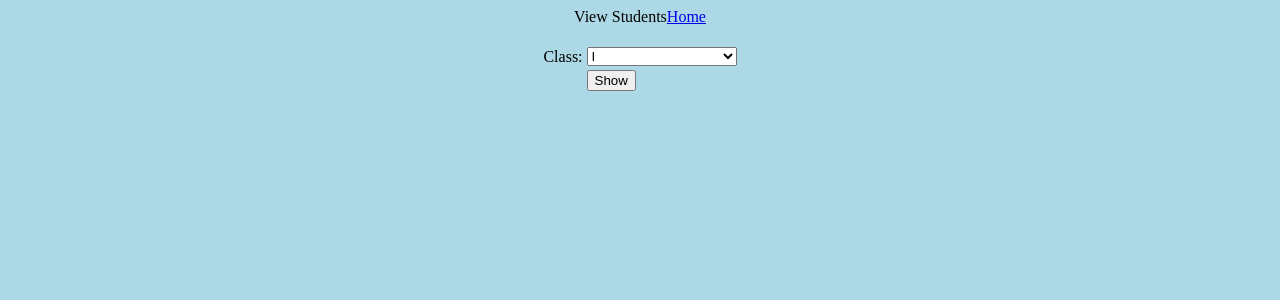
Repository: priyankagit8692/Phase_2_SimpliLearn-
Page: http://localhost/LearnerAcademyProject/viewStudent
The author's editor kept a copy of each file at every save. The page is drawn from the files as they stood at one save, then again after the next save.
The browser window is 1280 px wide. The pictures show the whole page.
The page is served by Tomcat 9. Other server files are loaded and not shown.

Above is the page before, as saved 2021-03-20 15:31:57.

### FinalProjectPhase2/LearnerAcademyProject/src/com/learneracademy/ViewStudent.java
package com.learneracademy;
import java.io.IOException;
import java.io.PrintWriter;
import java.util.List;
import javax.servlet.ServletException;
import javax.servlet.annotation.WebServlet;
import javax.servlet.http.HttpServlet;
import javax.servlet.http.HttpServletRequest;
import javax.servlet.http.HttpServletResponse;
import com.learneracademy.Entity.ListMaster;
import com.learneracademy.Entity.MainApplication;


@WebServlet("/viewStudent")
public class ViewStudent extends HttpServlet {
	private static final long serialVersionUID = 1L;

	protected void doGet(HttpServletRequest request, HttpServletResponse response) throws ServletException, IOException {
		response.setContentType("text/html");
        List<String> classList1 = ListMaster.getMasterCLass();

        PrintWriter out = response.getWriter();
        out.println("<style>" +
				"body {\r\n" +
				  "background-color: lightblue;\r\n"
				+ "}\r\n"
        		+ "h1{\r\n"
			    + "  transform: translate(850px,50px);\r\n"
			    + "  color: #4CAF50;\r\n"
			    + "}\r\n"
			    + "a{\r\n"
			    + "  transform: translate(850px,50px);\r\n"
			    + "}\r\n" +
			   "</style>");
        out.print("<div align='center'");
        out.print("<h1>View Students</h1>");
        out.print("<a href='MainHomePage.jsp'>Home</a><br><br>");
        out.print("<form action='viewStudent' method='post'>");
        out.print("<table>");
        out.print("<tr><td>Class:</td>");
        out.print("<td><select name='className' style='width:150px'>");
        for (String classList : classList1) {
            out.print("<option>" + classList + "</option>");
        }
        out.print("</select>");
        out.print("</td></tr>");
        out.print("<tr><td></td><td colspan='2'><input type='submit' value='Show'/></td></tr>");
        out.print("</table>");
        out.print("</form>");
        out.println("</div>");
	}

	protected void doPost(HttpServletRequest request, HttpServletResponse response) throws ServletException, IOException {
		response.setContentType("text/html");
		String className = request.getParameter("className");
		PrintWriter out = response.getWriter();
		List<String> studentList = MainApplication.getStudentFromClass(className);
		out.println("<div align='center'");
		out.print("<h1>View Student</h1><br><br>");
		out.println("<a href='MainHomePage.jsp'>Home</a><br><br>");
		out.print("<table border='1' width='60%'");
	    out.print("<tr><th>S.No</th><th>Name</th></tr>");
	    for (int i = 0; i < studentList.size(); i++) {
            out.print("<tr><td style='text-align:center'>" + (i + 1) + "</td><td style='text-align:center'>" + studentList.get(i) + "</td></tr>");
        }
        out.print("</table>");
        out.println("</div>");
        out.close();


	}

}

### FinalProjectPhase2/LearnerAcademyProject/src/com/learneracademy/Entity/ListMaster.java
package com.learneracademy.Entity;

import java.util.ArrayList;
import java.util.List;

public class ListMaster {
	 public static List<String> getMasterCLass() {
	        List<String> classList = new ArrayList<>();
	        classList.add("I");
	        classList.add("II");
	        classList.add("III");
	        classList.add("IV");
	        classList.add("V");
	        classList.add("VI");
	        classList.add("VII");
	        classList.add("VIII");
	        classList.add("IX");
	        classList.add("X");
	        classList.add("XI");
	        classList.add("XII");

	        return classList;
	    }

	    public static List<String> getMasterTeacher() {
	        List<String> teacherList = new ArrayList<>();
	        teacherList.add("Mr.Mahesh Pathak");
	        teacherList.add("Ms.Divya Rai");
	        teacherList.add("Mrs.Sayali Kulkarni");
	        teacherList.add("Ms.Priyanka Gupta");
	        teacherList.add("Mr.Devesh Rathore");
	        teacherList.add("Mrs.Diksha Tanwar");
	        teacherList.add("Mr.Rahul Singh");
	        teacherList.add("Mrs.Dhruv Tanwar");
	        teacherList.add("Mr.Ramesh Singh");

	        return teacherList;
	    }

	    public static List<String> getMasterSubject() {
	        List<String> subjectList = new ArrayList<>();
	        subjectList.add("English");
	        subjectList.add("Hindi");
	        subjectList.add("Mathematics");
	        subjectList.add("Physics");
	        subjectList.add("Chemistry");
	        subjectList.add("Biology");
	        subjectList.add("History");
	        subjectList.add("Civics");
	        subjectList.add("Geography");

	        return subjectList;
	    }



}

After the next save:
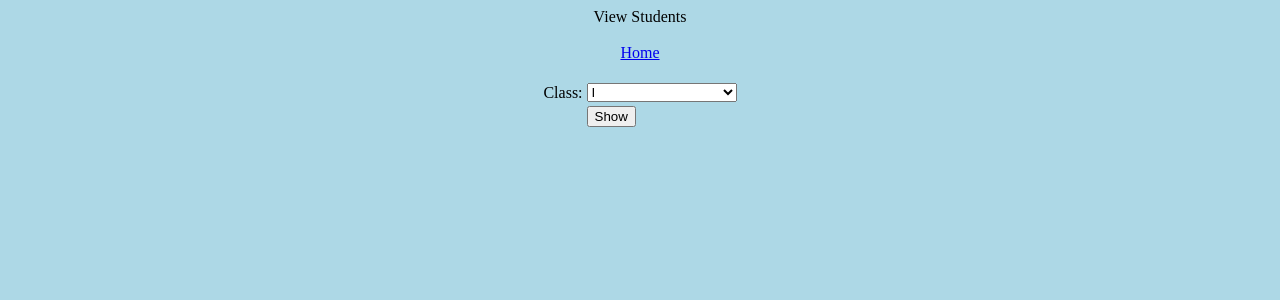
Saved 91 s later.
--- a/FinalProjectPhase2/LearnerAcademyProject/src/com/learneracademy/ViewStudent.java
+++ b/FinalProjectPhase2/LearnerAcademyProject/src/com/learneracademy/ViewStudent.java
@@ -33,7 +33,7 @@ public class ViewStudent extends HttpServlet {
 			    + "}\r\n" +
 			   "</style>");
         out.print("<div align='center'");
-        out.print("<h1>View Students</h1>");
+        out.println("<h1>View Students</h1><br><br>");
         out.print("<a href='MainHomePage.jsp'>Home</a><br><br>");
         out.print("<form action='viewStudent' method='post'>");
         out.print("<table>");
